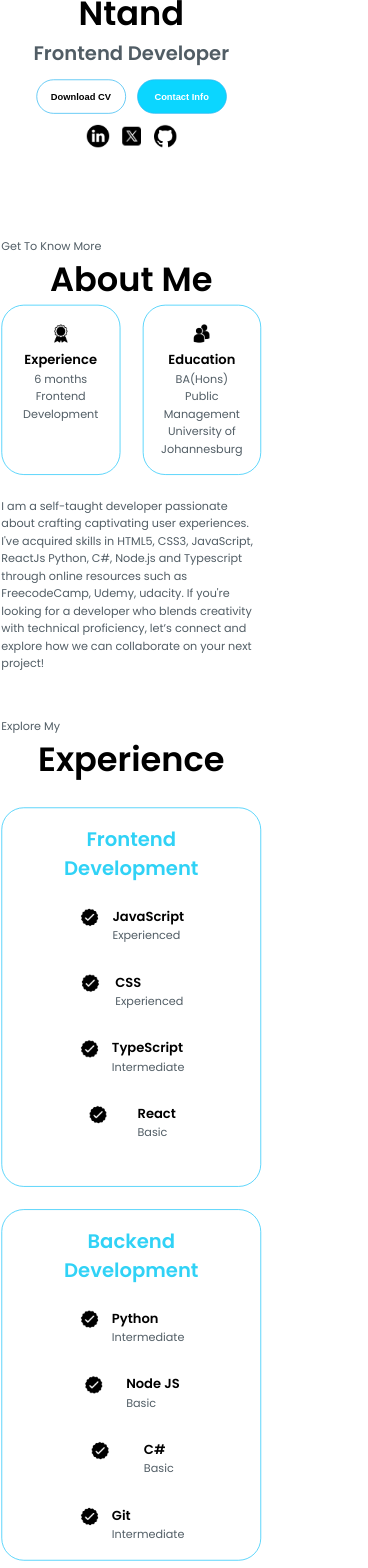
Repository: ntandomagana/FS-Dev-Portfolio
Page: index.html
The author's editor kept a copy of each file at every save. The page is drawn from the files as they stood at one save, then again after a run of saves.
The browser window is 375 px wide. The page is 525 px wide, so the pictures cover 525 px, including what lies to the right of the window. The pictures show the part of the page from y = 519 to 2759 px (the page is 4780 px tall before and 4686 px after), at 70% of full size.

Above is the page before, as saved 2024-05-06 11:22:18.

After the next 3 saves:
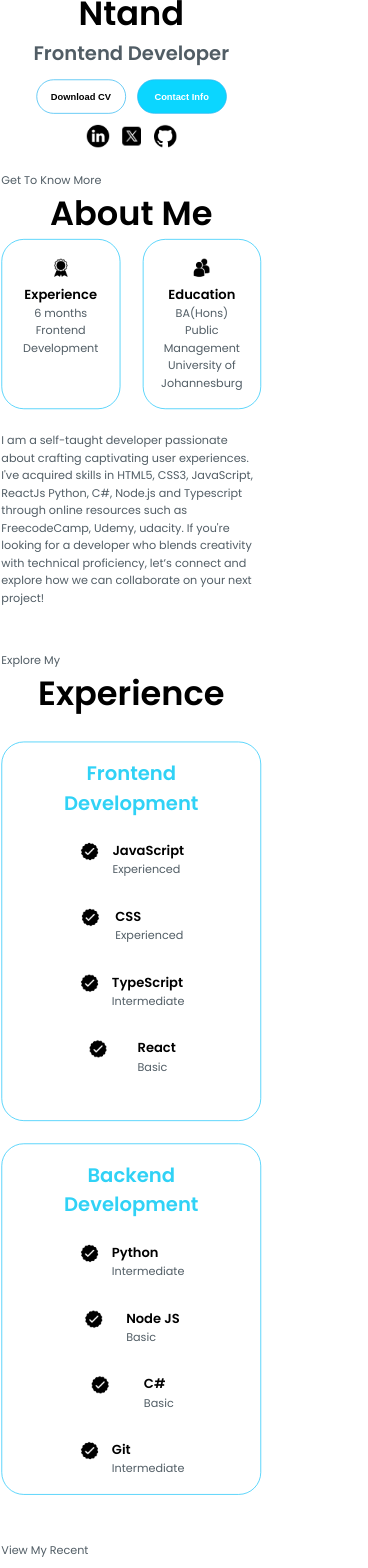
The 3 saves are shown as one change because they came seconds apart.
The last was saved 8 s later.
--- a/mediaqueries.css
+++ b/mediaqueries.css
@@ -66,5 +66,6 @@
 
     #profile {
         height: 38vh;
+        margin-bottom: 0;
     }
 }
